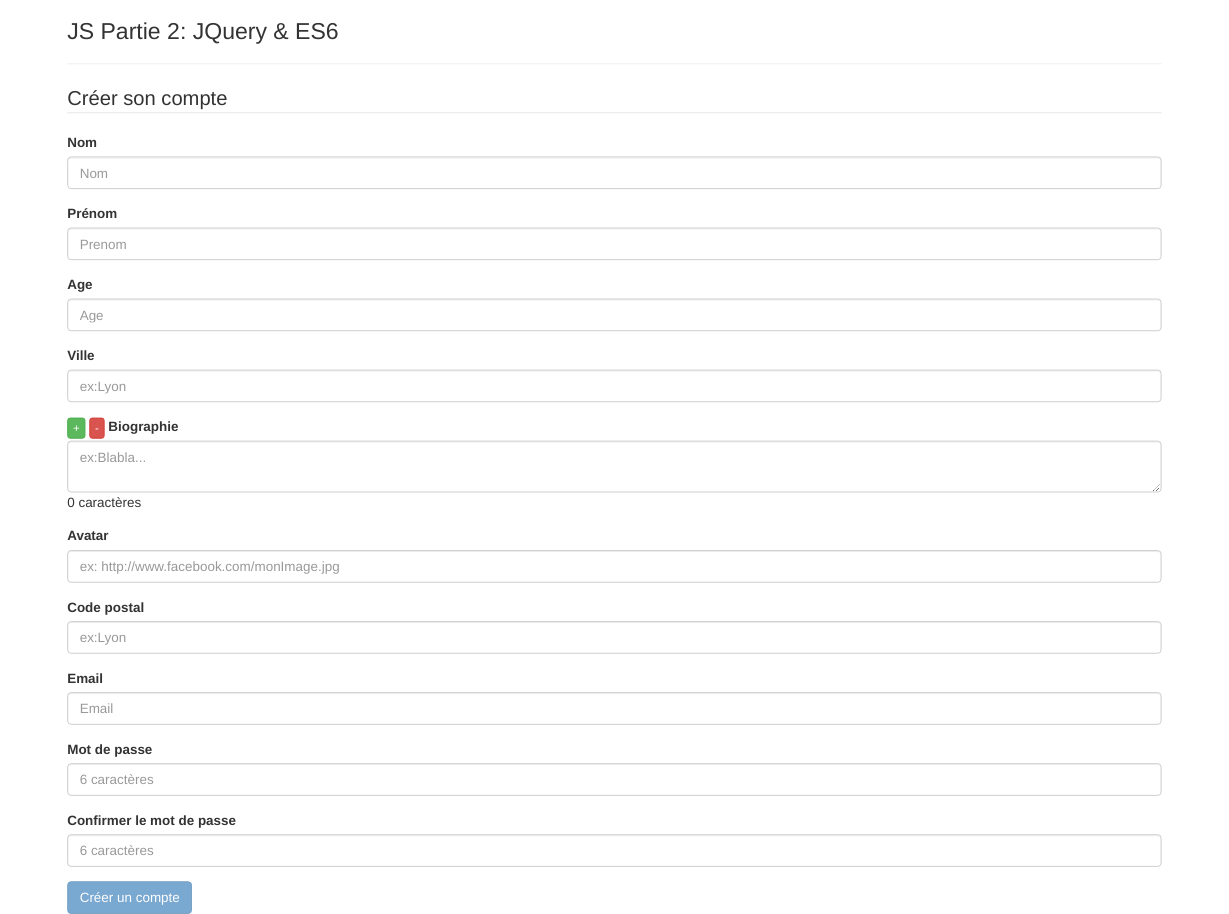
Repository: Symfomany/WildJQueryForm
Page: index.html
An editor plug-in stored every save of this project. The page is shown before and after the next save, followed by the edit.
The browser window is 1280 px wide. The pictures show the whole page, at 96% of full size.

Above is the page before, as saved 2017-03-06 07:01:33.

### index.html
<!DOCTYPE html>
<html lang="en">

<head>
    <title></title>
    <meta charset="UTF-8">
    <meta name="viewport" content="width=device-width, initial-scale=1">
    <!-- Latest compiled and minified CSS & JS -->
    <link rel="stylesheet" media="screen" href="http://netdna.bootstrapcdn.com/bootstrap/3.3.4/css/bootstrap.min.css">

</head>

<body>

    <div class="container">

        <h3>JS Partie 2: JQuery & ES6</h3>
        <hr />


        <form action="" method="POST" role="form">
            <legend>Créer son compte</legend>

            <div class="form-group">
                <label for="">Nom</label>
                <input type="text" class="form-control" id="nom" placeholder="Nom">
            </div>

            <div class="form-group">
                <label for="">Prénom</label>
                <input type="text" class="form-control" id="prenom" placeholder="Prenom">
            </div>

            <div class="form-group">
                <label for="">Age</label>
                <input type="text" class="form-control" id="age" placeholder="Age">
            </div>

            <div class="form-group">
                <label for="">Ville</label>
                <input type="text" class="form-control" id="ville" placeholder="ex:Lyon">
            </div>

            <div class="form-group">
                <button class="btn btn-xs btn-success">+</button>
                <button class="btn btn-xs btn-danger">-</button>
                <label for="">Biographie</label>
                <textarea class="form-control" id="biography" placeholder="ex:Blabla..."></textarea>
                <span id="nbCars">0</span> caractères
            </div>



            <div class="form-group">
                <label for="">Avatar</label>
                <input type="url" class="form-control" id="avatar" placeholder="ex: http://www.facebook.com/monImage.jpg">
            </div>

            <div class="form-group">
                <label for="">Code postal</label>
                <input type="text" class="form-control" id="cp" placeholder="ex:Lyon">
            </div>

            <div class="form-group">
                <label for="">Email</label>
                <input type="email" class="form-control" id="email" placeholder="Email">
            </div>

            <div class="form-group">
                <label for="">Mot de passe</label>
                <input type="password" class="form-control" id="password" placeholder="6 caractères">
            </div>

            <div class="form-group">
                <label for="">Confirmer le mot de passe</label>
                <input type="password" class="form-control" id="password" placeholder="6 caractères">
            </div>

            <button disabled type="submit" class="btn btn-primary">Créer un compte</button>
        </form>


    </div>

    <script src="http://code.jquery.com/jquery.js"></script>
    <script src="http://netdna.bootstrapcdn.com/bootstrap/3.3.4/js/bootstrap.min.js"></script>

</body>

</html>

After the next save:
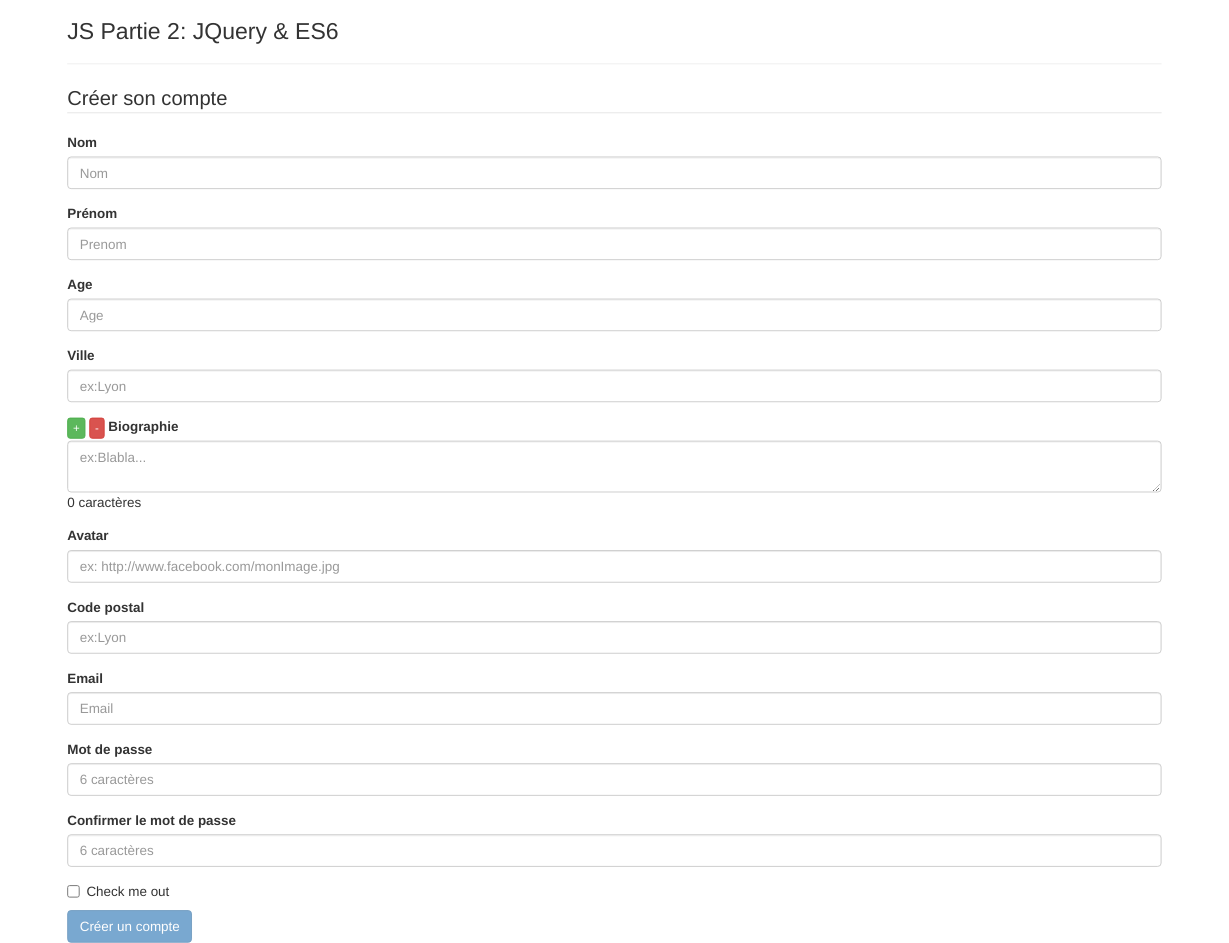
Saved 50 s later.
--- a/index.html
+++ b/index.html
@@ -76,6 +76,12 @@
                 <input type="password" class="form-control" id="password" placeholder="6 caractères">
             </div>
 
+
+            <div class="checkbox">
+                <label>
+      <input type="checkbox"> Check me out
+    </label>
+            </div>
             <button disabled type="submit" class="btn btn-primary">Créer un compte</button>
         </form>
 
